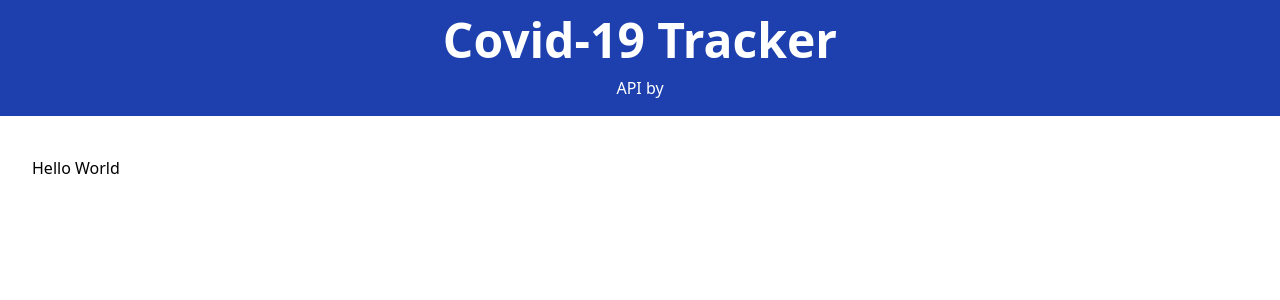
Repository: starcode72/vue-covid-tracker
Page: /
An editor plug-in stored every save of this project. The page is shown before and after a run of saves, followed by the edit.
The browser window is 1280 px wide. The pictures show the whole page.
The project was rebuilt for these pictures with package versions that can differ from the ones it lists, and the page was loaded fresh each time. Also part of the build but not shown: vue.config.js.

Above is the page before, as saved 2022-04-30 08:30:35.

### src/App.vue
<template>
<Header/>
  <div class="container">
    <router-view />
  </div>
</template>

<script>
import Header from "@/components/Header.vue";
// import Header from "./components/Header.vue";

export default {
  components: {
    Header,
  },
};
</script>

### src/components/Header.vue
<template>
  <header class="text-center bg-blue-800 text-white p-4 mb-10">
    <div class="text-3xl md:text-5xl font-bold mb-3">Covid-19 Tracker</div>

    <p>
      API by
      <a
        class="text-blue-300"
        href="https://covid19api.com"
        target="_blank"
      ></a>
    </p>
  </header>
</template>

<script>
export default {
  name: "Header",
};
</script>

### src/views/HomeView.vue
<template>
  <div class="home">Hello World</div>
</template>

<script>
export default {
  name: "HomeView",
  components: {},
};
</script>

### tailwind.config.js
module.exports = {
  content: ["./public/**/*.html", "./src/**/*.{vue,js,ts,jsx,tsx}"],
  theme: {
    extend: {},
    // 特定のクラスに対して規定のCSSを当てる
    container: {
      center: true,
      padding: "2rem",
    },
  },
  plugins: [],
};

Loaded but not shown: public/index.html (common file); src/main.js (common file); src/router/index.js (common file); src/assets/tailwind.css (common file)

After the next 3 saves:
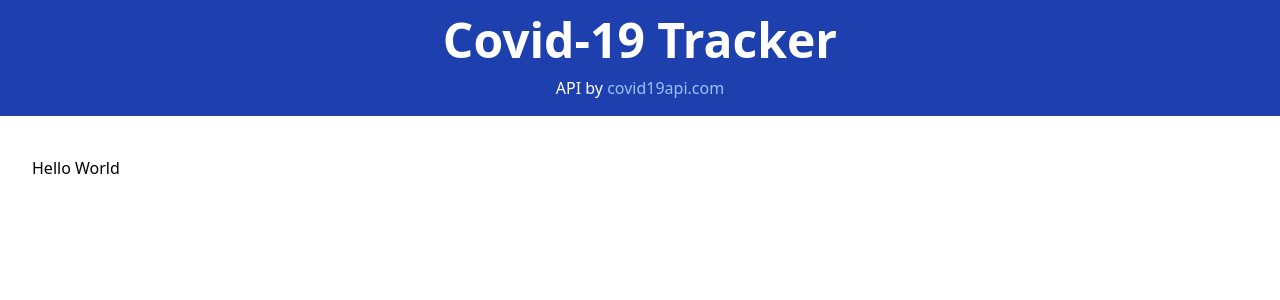
The 3 saves are shown as one change because they came seconds apart.
The last was saved 65 s later.
--- a/src/components/Header.vue
+++ b/src/components/Header.vue
@@ -8,7 +8,7 @@
         class="text-blue-300"
         href="https://covid19api.com"
         target="_blank"
-      ></a>
+      >covid19api.com</a>
     </p>
   </header>
 </template>
